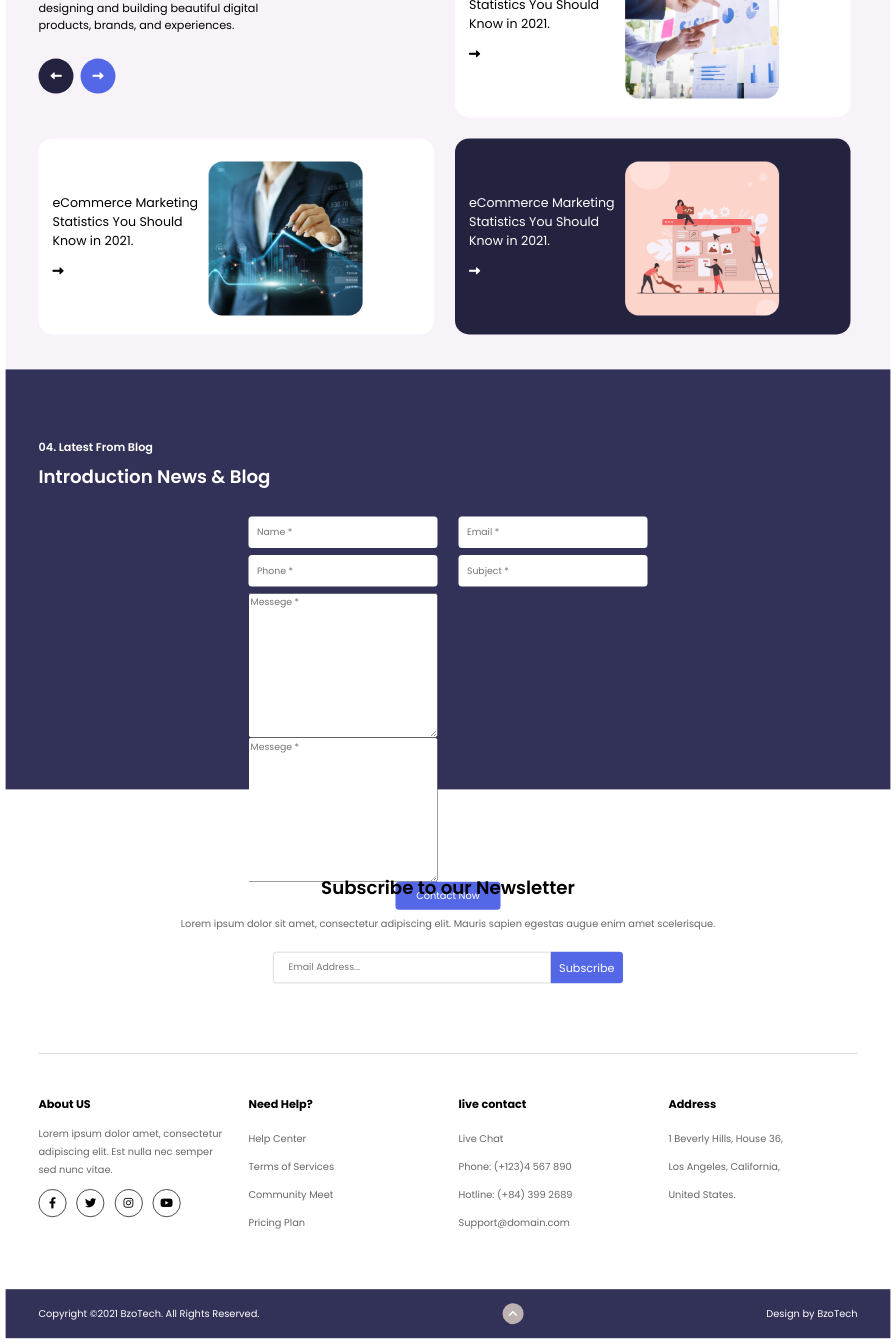
Repository: tranchi0120/LangdingPage-Htmlcss-Ago
Page: index.html
These files come from the project's save history. The page is drawn as it stood at one moment and after the next save; the edit follows.
The browser window is 1280 px wide. The pictures show the part of the page from y = 4074 to 5994 px (the page is 5994 px tall), at 70% of full size.
Some web libraries are served in a nearby version. The style sheet was rebuilt from its Sass, Less or Tailwind sources for each picture, by a compiler version that may differ from the author's.

Above is the page before, as saved 2022-08-18 14:36:38.

After the next save:
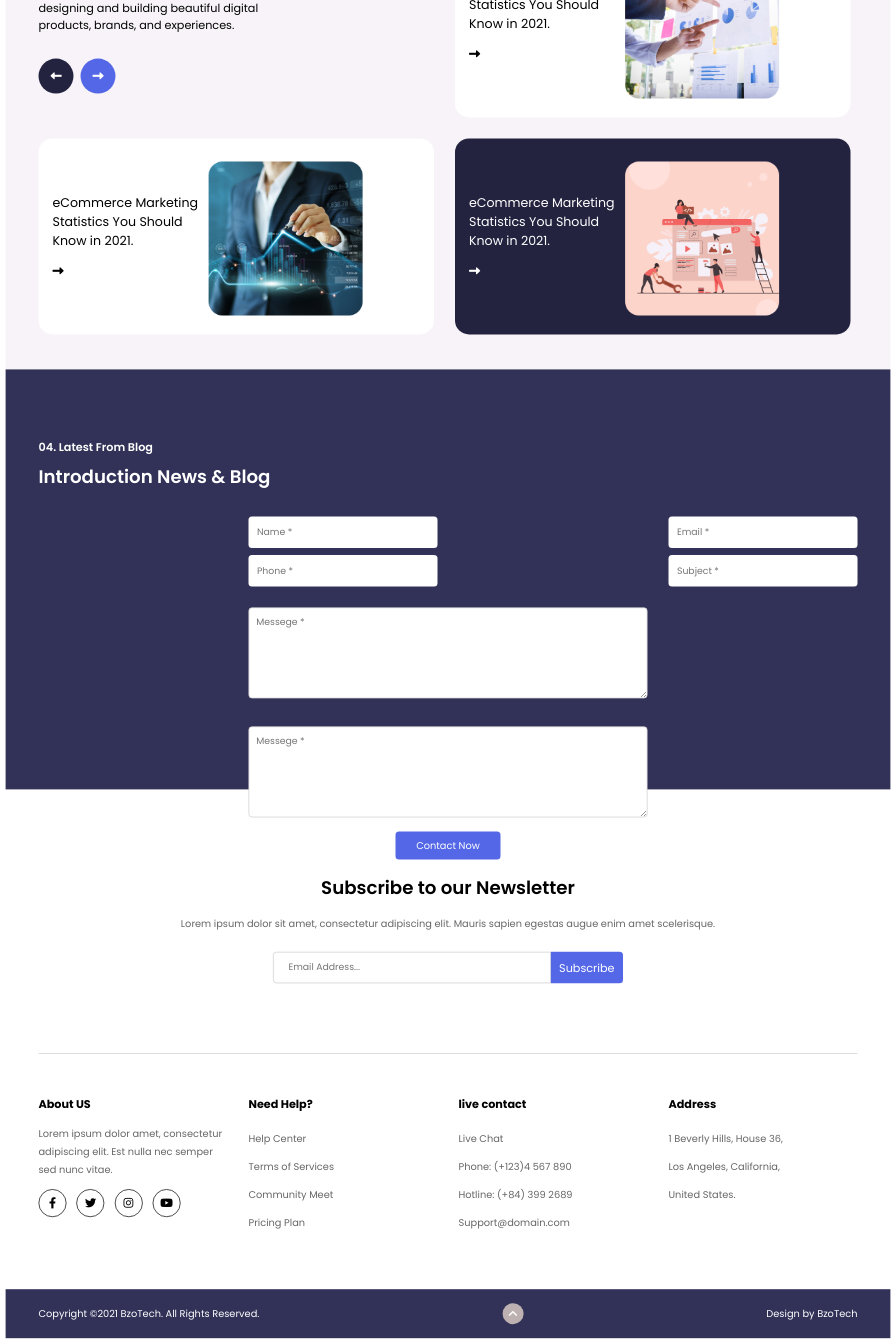
Saved 3 min 18 s later.
--- a/sass/_contact.scss
+++ b/sass/_contact.scss
@@ -38,15 +38,15 @@
         gap: 10px 30px;
         grid-area: 3 / 1 / span 2 / span 2;
     }
-    // &-textarea {
-    //     padding: 10px;
-    //     border-radius: 5px;
-    //     border: 1px solid #cccccc;
-    //     height: 130px;
-    //     width: 570px;
-    //     margin-top: 20px;
-    //     margin-bottom: 20px;
-    // }
+    &-textarea {
+        padding: 10px;
+        border-radius: 5px;
+        border: 1px solid #cccccc;
+        height: 130px;
+        width: 570px;
+        margin-top: 20px;
+        margin-bottom: 20px;
+    }
     &-button {
         margin: 0 auto;
     }
